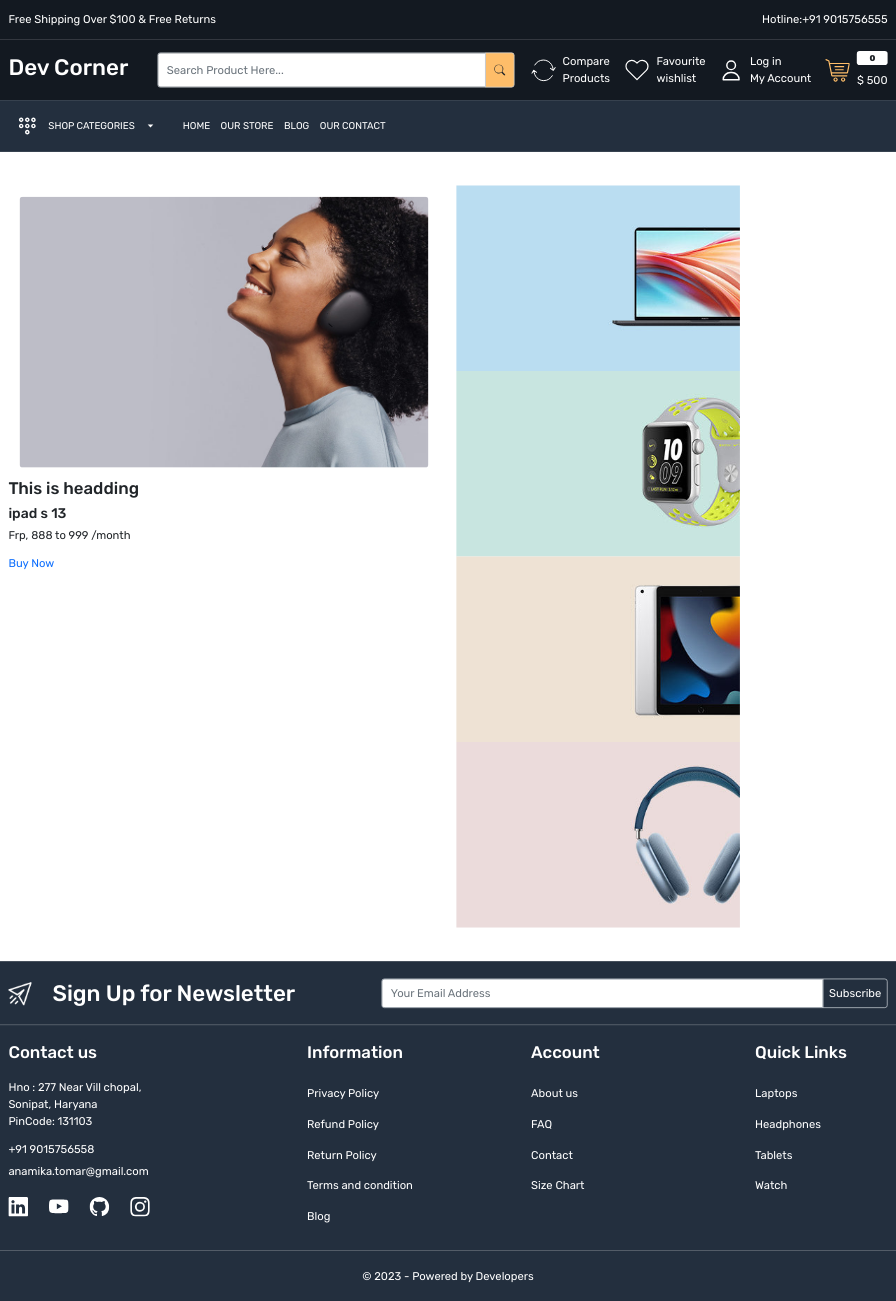
Repository: anamikatomar21/demo
Page: /
These files come from the project's save history. The page is drawn as it stood at one moment and after a run of saves; the edit follows.
The browser window is 1280 px wide. The pictures show the whole page, at 70% of full size.
The project was rebuilt for these pictures with package versions that can differ from the ones it lists, and the page was loaded fresh each time. Also part of the build but not shown: src/pages/About.js, src/pages/Contact.js.

Above is the page before, as saved 2023-05-14 20:35:41.

### public/index.html
<!DOCTYPE html>
<html lang="en">
  <head>
    <meta charset="utf-8" />
    <link rel="icon" href="%PUBLIC_URL%/favicon.ico" />
    <meta name="viewport" content="width=device-width, initial-scale=1" />
    <meta name="theme-color" content="#000000" />
    <meta
      name="description"
      content="Web site created using create-react-app"
    />
    <link rel="apple-touch-icon" href="%PUBLIC_URL%/logo192.png" />
    <link
      href="https://cdn.jsdelivr.net/npm/bootstrap@5.0.2/dist/css/bootstrap.min.css"
      rel="stylesheet"
      integrity="sha384-EVSTQN3/azprG1Anm3QDgpJLIm9Nao0Yz1ztcQTwFspd3yD65VohhpuuCOmLASjC"
      crossorigin="anonymous"
    />
    <link rel="manifest" href="%PUBLIC_URL%/manifest.json" />
    <link rel="preconnect" href="https://fonts.googleapis.com" />
    <link rel="preconnect" href="https://fonts.gstatic.com" crossorigin />
    <link
      href="https://fonts.googleapis.com/css2?family=Rubik:ital,wght@0,300;0,400;0,500;0,800;1,600&display=swap"
      rel="stylesheet"
    />
    <title>Ecommerce App</title>
  </head>
  <body>
    <noscript>You need to enable JavaScript to run this app.</noscript>
    <div id="root"></div>
    <script
      src="https://cdn.jsdelivr.net/npm/bootstrap@5.0.2/dist/js/bootstrap.bundle.min.js"
      integrity="sha384-MrcW6ZMFYlzcLA8Nl+NtUVF0sA7MsXsP1UyJoMp4YLEuNSfAP+JcXn/tWtIaxVXM"
      crossorigin="anonymous"
    ></script>
  </body>
</html>

### src/App.js
import React from "react";
import { BrowserRouter, Routes, Route } from "react-router-dom";
import "./App.css";
import Layout from "./components/Layout";
import Home from "./pages/Home";
import About from "./pages/About";
import Contact from "./pages/Contact";

function App() {
  return (
    <>
      <BrowserRouter>
        <Routes>
          <Route path="/" element={<Layout />}>
            <Route index element={<Home />} />
            <Route path="about" element={<About />} />
            <Route path="contact" element={<Contact />} />
          </Route>
        </Routes>
      </BrowserRouter>
    </>
  );
}

export default App;

### src/App.css
* {
  margin: 0;
  padding: 0;
  box-sizing: border-box;
}
:root {
  --color-131921: #131921;
  --color-3b4149: #3b4149;
  --color-febd69: #febd69;
  --color-232f3e: #232f3e;
  --color-bf4800: #bf4800;
  --color-f5f5f7: #f5f5f7;
  --color-ededed: #ededed;
  --color-777777: #777777;
  --color-1c1c1b: #1c1c1b;
}
.section-heading {
  font-size: 26px;
  line-height: 32px;
  font-weight: 500;
  margin-bottom: 30px;
}
.card-wrapper {
  background-color: white;
  box-shadow: 0 0 10px #0000001a;
  padding: 15px;
}
body {
  font-family: "Rubik", sans-serif;
}
a {
  text-decoration: none;
  display: inline-block;
}
.form-control:focus {
  box-shadow: none;
  border-color: inherit;
}

.gap-10 {
  gap: 10px;
}
.gap-15 {
  gap: 15px;
}
.gap-30 {
  gap: 30px;
}

.button {
  background-color: var(--color-232f3e);
  color: white;
  font-size: 14px;
  padding: 13px 33px;
  border-radius: 25px;
}
.button:hover {
  background-color: var(--color-febd69);
  color: #131921;
}
/* Header Part */

.header-top-strip {
  border-bottom: 1px solid var(--color-3b4149);
  background-color: var(--color-131921);
}
.header-upper {
  background-color: var(--color-131921);
}
.header-bottom {
  background-color: var(--color-232f3e);
}
.header-upper .input-group-text {
  background-color: var(--color-febd69);
}
.header-upper.header-upper-links img {
  width: 35px;
  height: 35px;
}
.header-bottom .menu-links a,
.header-bottom .dropdown button {
  color: white;
  font-size: 14px;
  line-height: 18px;
  font-weight: 400;
  letter-spacing: 0.3;
  text-transform: uppercase;
}

.header-bottom .dropdown button:focus {
  box-shadow: none;
}
.header-bottom .dropdown-menu {
  background-color: var(--color-131921);
  width: 100%;
  transform: translate3d(0px, 57px, 0px) !important;
}
.header-bottom .dropdown-item {
  padding: 20px;
  margin-bottom: 3px;
  border-bottom: 1px solid var(--color-3b4149);
}
.header-bottom .dropdown-item:hover {
  background-color: transparent;
  color: var(--color-febd69) !important;
}
/* Header Part End Here */

/* Footer part */

footer {
  background-color: var(--color-232f3e);
}
footer:not(:first-child) {
  border-top: 1px solid rgba(255, 255, 255, 0.1);
}
footer .input-group-text {
  background-color: var(--color-232f3e);
  color: white;
  padding: 8px 17px;
}
/* Footer part ends here */

/* Home Page starts */
.main-banner-content{

}
/* Home Page Ends */

### src/components/Layout.js
import React from "react";
import { Outlet } from "react-router-dom";
import Footer from "./Footer";
import Header from "./Header";

const Layout = () => {
  return (
    <>
      <Header />
      <Outlet />
      <Footer />
    </>
  );
};

export default Layout;

### src/pages/Home.js
import React from "react";
import { Link } from "react-router-dom";
const Home = () => {
  return (
    <>
      <section className="home-wrapper-1 py-5">
        <div className="container-xxl">
          <div className="row">
            <div className="col-6">
              <div className="main-banner p-3 position-relative">
                <img
                  src="/images/images/main-banner.jpg"
                  alt="main-banner"
                  className="img-fluid rounded-3"
                />
              </div>
              <div className="main-banner-content position-absolute">
                <h4>This is headding</h4>
                <h5>ipad s 13 </h5>
                <p> Frp, 888 to 999 /month</p>
                <Link>Buy Now</Link>
              </div>
            </div>

            <div className="col-6">
              <div className="col-3">
                <img src="/images/images/catbanner-01.jpg" alt="catbanner-01" />
              </div>
              <div className="col-3">
                <img src="/images/images/catbanner-02.jpg" alt="catbanner-02" />
              </div>
              <div className="col-3">
                <img src="/images/images/catbanner-03.jpg" alt="catbanner-03" />
              </div>
              <div className="col-3">
                <img src="/images/images/catbanner-04.jpg" alt="catbanner-04" />
              </div>
            </div>
          </div>
        </div>
      </section>
    </>
  );
};

export default Home;

### src/components/Footer.js
import React from "react";
import { BsLinkedin, BsYoutube, BsGithub, BsInstagram } from "react-icons/bs";
import { Link } from "react-router-dom";

const Footer = () => {
  return (
    <>
      <footer className="py-4">
        <div className="container-xxl">
          <div className="row  align-items-center">
            <div className="col-5">
              <div className="footer-top-data d-flex gap-30 align-items-center">
                <img src="/images/images/newsletter.png" alt="newsletter" />
                <h2 className="mb-0 text-white">Sign Up for Newsletter</h2>
              </div>
            </div>
            <div className="col-7">
              <div className="input-group">
                <input
                  type="text"
                  className="form-control py-1"
                  placeholder="Your Email Address"
                  aria-label="Your Email Address"
                  aria-describedby="basic-addon2"
                />
                <span className="input-group-text p-2" id="basic-addon2">
                  Subscribe
                </span>
              </div>
            </div>
          </div>
        </div>
      </footer>
      <footer className="py-4">
        <div className="container-xxl">
          <div className="row">
            <div className="col-4">
              <h4 className="text-white mb-4">Contact us </h4>
              <div>
                <address className="text-white fs-6">
                  Hno : 277 Near Vill chopal, <br /> Sonipat, Haryana <br />
                  PinCode: 131103
                </address>

                <a
                  href="tel: +91 9015756558"
                  className="text-white d-block mb-1 mt-3"
                >
                  +91 9015756558
                </a>
                <a
                  href="mailto:anamika.tomar@gmail.com"
                  className="text-white d-block mb-0 mt-2"
                >
                  anamika.tomar@gmail.com
                </a>

                <div className="socialicons d-flex align-item-center gap-30 mt-4">
                  <a href="" className="text-white">
                    <BsLinkedin className=" fs-3" />
                  </a>
                  <a href="" className="text-white">
                    <BsYoutube className=" fs-3" />
                  </a>
                  <a href="" className="text-white">
                    <BsGithub className=" fs-3" />
                  </a>
                  <a href="" className="text-white">
                    <BsInstagram className=" fs-3" />
                  </a>
                </div>
              </div>
            </div>
            <div className="col-3">
              <h4 className="text-white mb-4">Information</h4>
              <div className="footer-link d-flex flex-column">
                <Link className="text-white py-2 mb-1">Privacy Policy</Link>
                <Link className="text-white py-2 mb-1">Refund Policy</Link>
                <Link className="text-white py-2 mb-1">Return Policy</Link>
                <Link className="text-white py-2 mb-1">
                  Terms and condition
                </Link>
                <Link className="text-white py-2 mb-1">Blog</Link>
              </div>
            </div>
            <div className="col-3">
              <h4 className="text-white mb-4">Account</h4>
              <div className="footer-link d-flex flex-column">
                <Link className="text-white py-2 mb-1">About us </Link>
                <Link className="text-white py-2 mb-1">FAQ</Link>
                <Link className="text-white py-2 mb-1">Contact</Link>
                <Link className="text-white py-2 mb-1">Size Chart</Link>
              </div>
            </div>

            <div className="col-2">
              <h4 className="text-white mb-4">Quick Links</h4>
              <div className="footer-link d-flex flex-column">
                <Link className="text-white py-2 mb-1">Laptops</Link>
                <Link className="text-white py-2 mb-1">Headphones</Link>
                <Link className="text-white py-2 mb-1">Tablets</Link>
                <Link className="text-white py-2 mb-1">Watch</Link>
              </div>
            </div>
          </div>
        </div>
      </footer>
      <footer className="py-4">
        <div className="container-xxl">
          <div className="row">
            <div className="col-12">
              <p className="text-center mb-0 text-white">
                &copy; {new Date().getFullYear()} - Powered by Developers
              </p>
            </div>
          </div>
        </div>
      </footer>
    </>
  );
};

export default Footer;

### src/components/Header.js
import React from "react";
import { NavLink, Link } from "react-router-dom";
import { BsSearch } from "react-icons/bs";

const Header = () => {
  return (
    <>
      <header className="header-top-strip py-3">
        <div className="container-xxl">
          <div className="row">
            <div className="col-6">
              <p className="text-white mb-0">
                Free Shipping Over $100 & Free Returns
              </p>
            </div>
            <div className="col-6">
              <p className="text-end text-white mb-0">
                Hotline:
                <a href="tel:+91 9015756555" className="text-white">
                  +91 9015756555
                </a>
              </p>
            </div>
          </div>
        </div>
      </header>

      <header className="header-upper py-3">
        <div className="container-xxl">
          <div className="row align-items-center">
            <div className="col-2">
              <h2>
                <Link className="text-white">Dev Corner</Link>
              </h2>
            </div>
            <div className="col-5 ">
              <div className="input-group ">
                <input
                  type="text"
                  className="form-control py-2"
                  placeholder="Search Product Here..."
                  aria-label="Search Product Here..."
                  aria-describedby="basic-addon2"
                />
                <span className="input-group-text py-3" id="basic-addon2">
                  <BsSearch className="fs-6" />
                </span>
              </div>
            </div>
            <div className="col-5">
              <div className="headear-upper-links d-flex align-items-center justify-content-between">
                <div>
                  <Link
                    to="/compare-product"
                    className="d-flex align-items-center gap-10 text-white"
                  >
                    <img src="/images/images/compare.svg" alt="compare" />
                    <p className="mb-0">
                      Compare <br /> Products
                    </p>
                  </Link>
                </div>
                <div>
                  <Link
                    to="/compare-product"
                    className="d-flex align-items-center gap-10 text-white"
                  >
                    <img src="/images/images/wishlist.svg" alt="compare" />
                    <p className="mb-0">
                      Favourite <br /> wishlist
                    </p>
                  </Link>
                </div>
                <div>
                  <Link
                    to="/compare-product"
                    className="d-flex align-items-center gap-10 text-white"
                  >
                    <img src="/images/images/user.svg" alt="compare" />
                    <p className="mb-0">
                      Log in <br /> My Account
                    </p>
                  </Link>
                </div>
                <div>
                  <Link
                    to="/cart"
                    className="d-flex align-items-center gap-10 text-white"
                  >
                    <img src="/images/images/cart.svg" alt="cart" />
                    <div className="d-flex flex-column gap-10">
                      <span className="badge bg-white text-dark">0</span>
                      <p className="mb-0">$ 500</p>
                    </div>
                  </Link>
                </div>
              </div>
            </div>
          </div>
        </div>
      </header>

      <header className="header-bottom py-3">
        <div className="container-xxl">
          <div className="row">
            <div className="col-12">
              <div className="menu-bottom d-flex align-items-center gap-30">
                <div>
                  <div className="dropdown">
                    <button
                      className="btn btn-secondary dropdown-toggle bg-transparent border-0 gap-15 d-flex align-items-center"
                      type="button"
                      id="dropdownMenuButton1"
                      data-bs-toggle="dropdown"
                      aria-expanded="false"
                    >
                      <img src="/images/images/menu.svg" alt="" />
                      <span> Shop Categories</span>
                    </button>
                    <ul
                      className="dropdown-menu"
                      aria-labelledby="dropdownMenuButton1"
                    >
                      <li>
                        <Link className="dropdown-item text-white" to="">
                          Action
                        </Link>
                      </li>
                      <li>
                        <Link className="dropdown-item text-white" to="">
                          Another action
                        </Link>
                      </li>
                      <li>
                        <Link className="dropdown-item text-white" to="">
                          Something else here
                        </Link>
                      </li>
                    </ul>
                  </div>
                </div>
                <div className="menu-links">
                  <div className="d-flex align-items-center gap-15">
                    <NavLink to="/">Home</NavLink>
                    <NavLink to="/">Our Store</NavLink>
                    <NavLink to="/">Blog</NavLink>
                    <NavLink to="/">Our Contact</NavLink>
                  </div>
                </div>
              </div>
            </div>
          </div>
        </div>
      </header>
    </>
  );
};

export default Header;

Loaded but not shown: src/index.js (common file)

After the next 3 saves:
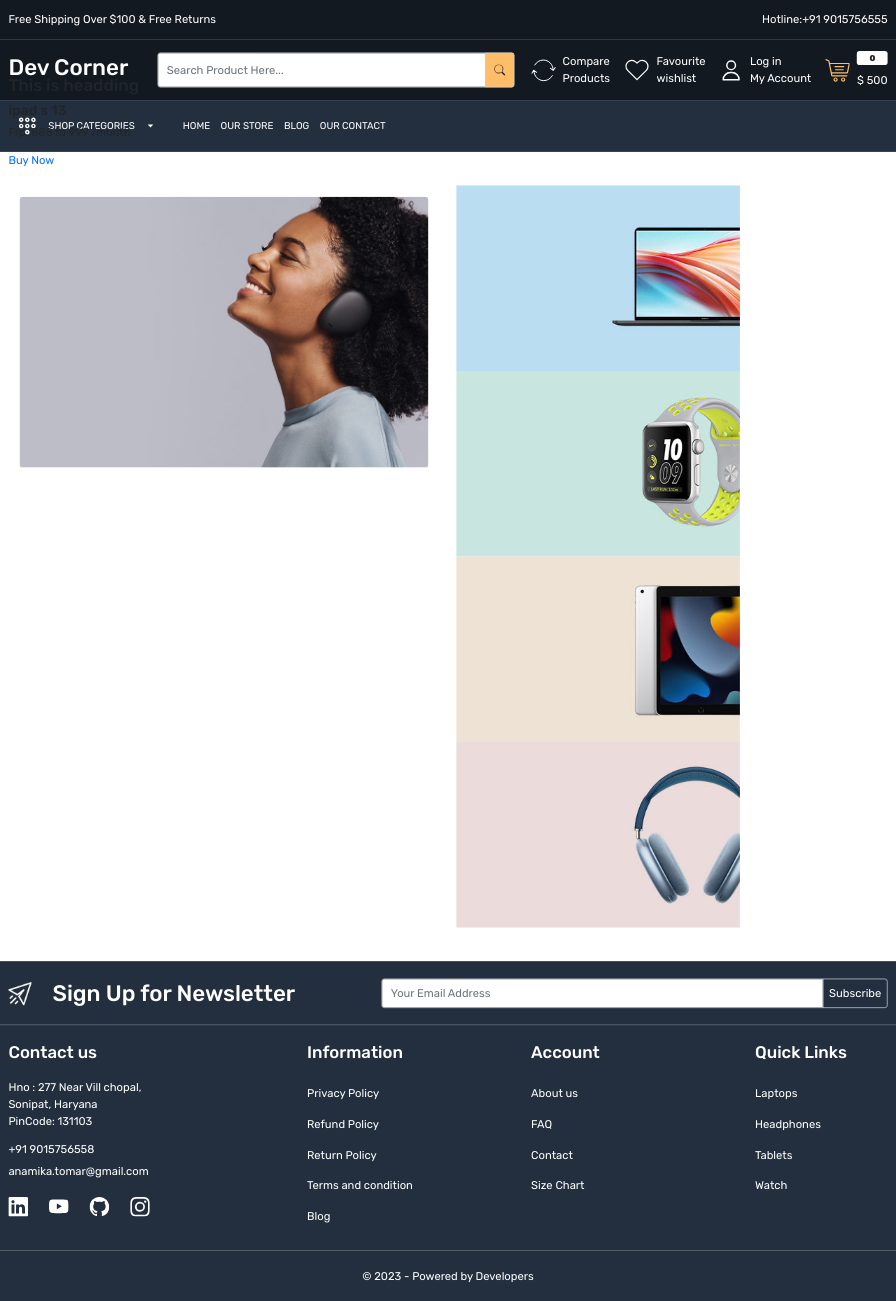
The 3 saves are shown as one change because they came seconds apart.
The last was saved 57 s later.
--- a/src/App.css
+++ b/src/App.css
@@ -122,7 +122,7 @@
 /* Footer part ends here */
 
 /* Home Page starts */
-.main-banner-content{
-
+.main-banner-content {
+  top: 15%;
 }
 /* Home Page Ends */
